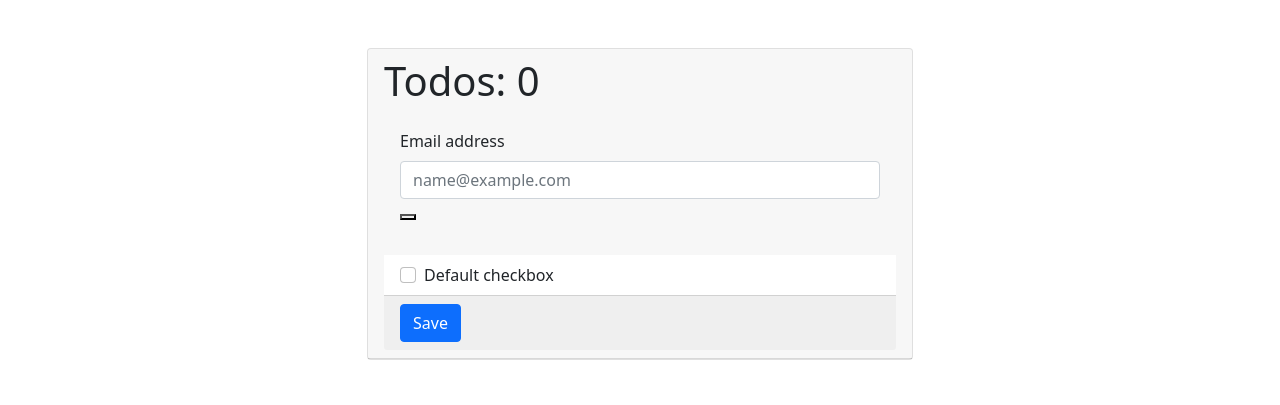
Repository: saidabbasun/TODO-react-redux
Page: /
An editor plug-in stored every save of this project. The page is shown before and after the next save, followed by the edit.
The browser window is 1280 px wide. The pictures show the whole page.
The project was rebuilt for these pictures with package versions that can differ from the ones it lists, and the page was loaded fresh each time.

Above is the page before, as saved 2022-05-17 12:05:32.

### public/index.html
<!DOCTYPE html>
<html lang="en">
  <head>
    <meta charset="utf-8" />

    <meta name="viewport" content="width=device-width, initial-scale=1" />
    <meta name="theme-color" content="#000000" />
    <meta
      name="description"
      content="Web site created using create-react-app"
    />
    <link href="https://cdn.jsdelivr.net/npm/bootstrap@5.0.2/dist/css/bootstrap.min.css" rel="stylesheet" integrity="sha384-EVSTQN3/azprG1Anm3QDgpJLIm9Nao0Yz1ztcQTwFspd3yD65VohhpuuCOmLASjC" crossorigin="anonymous">

    <title>React App</title>
  </head>
  <body>

    <div id="root"></div>

  </body>
</html>

### src/index.js
import React from 'react';
import ReactDOM from 'react-dom/client';
import App from './App';

const root = ReactDOM.createRoot(document.getElementById('root'));
root.render(
  <React.StrictMode>
    <App />
  </React.StrictMode>
);

### src/App.jsx
function App() {
  return (
    <div className="container">
      <div className="row">
        <div className="col-md-6 offset-md-3">
          <div className="card mt-5">
            <div className="card-header">
              <h1>Todos: 0</h1>
              <div>
                <div className="card-body">
                <form class="mb-3">
  <label for="exampleFormControlInput1" class="form-label">Email address</label>
  <input type="email" class="form-control" id="exampleFormControlInput1" placeholder="name@example.com"/>

  <button className="btn-succes"> </button>
</form>
                </div>
                  <ul class="list-group list-group-flush">
                    <li class="list-group-item">
                    <input class="form-check-input me-2" type="checkbox" value="" id="flexCheckDefault"/>
                    <label class="form-check-label" for="flexCheckDefault">
                       Default checkbox
                    </label>
                    </li>

                  </ul>

                <div className=" card-footer">
                  <button className="btn btn-primary">Save</button>
                </div>
              </div>
            </div>
          </div>
        </div>
      </div>
    </div>
  );
}

export default App;

After the next save:
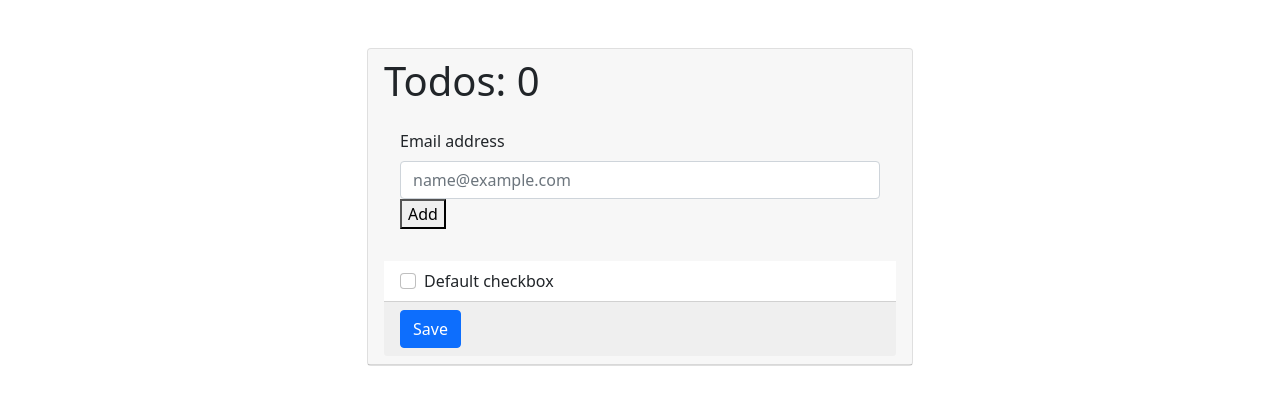
Saved 8 s later.
--- a/src/App.jsx
+++ b/src/App.jsx
@@ -12,7 +12,7 @@ function App() {
   <label for="exampleFormControlInput1" class="form-label">Email address</label>
   <input type="email" class="form-control" id="exampleFormControlInput1" placeholder="name@example.com"/>
 
-  <button className="btn-succes"> </button>
+  <button className="btn-succes"> Add</button>
 </form>
                 </div>
                   <ul class="list-group list-group-flush">
